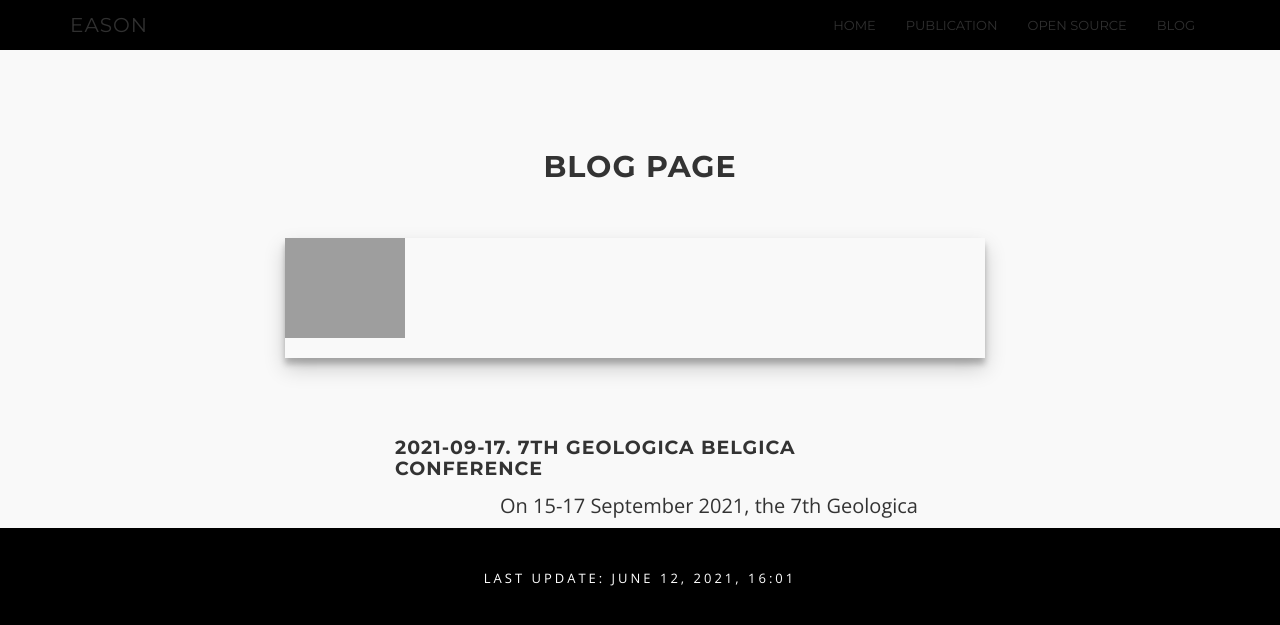
Repository: eazzzon/eazzzon.github.io
Page: blog.html
These files come from the project's save history. The page is drawn as it stood at one moment and after a run of saves; the edit follows.
The browser window is 1280 px wide. The pictures show the whole page.
Pictures or frames that could not be fetched are drawn as grey boxes.

Above is the page before, as saved 2021-09-18 13:17:17.

### blog.html
<!DOCTYPE html>
<html lang="en">
<head>
<meta charset="utf-8">
<meta http-equiv="X-UA-Compatible" content="IE=edge">
<meta name="viewport" content="width=device-width, initial-scale=1">
<meta name="description" content="">
<meta name="author" content="">
<title>yishen.zhang</title>
<!-- Bootstrap Core CSS -->
<link href="css/bootstrap.min.css" rel="stylesheet">
<!-- Custom CSS -->
<link href="css/theme.css" rel="stylesheet">
<!-- Custom Fonts -->
<link href="font-awesome/css/font-awesome.min.css" rel="stylesheet" type="text/css">
<link href="http://fonts.googleapis.com/css?family=Open+Sans:300,400,700,400italic,700italic" rel="stylesheet" type="text/css">
<link href="http://fonts.googleapis.com/css?family=Montserrat:400,700" rel="stylesheet" type="text/css">
<!-- HTML5 Shim and Respond.js IE8 support of HTML5 elements and media queries -->
<!-- WARNING: Respond.js doesn't work if you view the page via file:// -->
<!--[if lt IE 9]>
        <script src="https://oss.maxcdn.com/libs/html5shiv/3.7.0/html5shiv.js"></script>
        <script src="https://oss.maxcdn.com/libs/respond.js/1.4.2/respond.min.js"></script>
    <![endif]-->
</head>
<body id="page-top" data-spy="scroll" data-target=".navbar-fixed-top">
<!-- Navigation -->
<nav class="navbar navbar-custom navbar-fixed-top" role="navigation">
<div class="container">
	<div class="navbar-header">
		<button type="button" class="navbar-toggle" data-toggle="collapse" data-target=".navbar-main-collapse">
		<i class="fa fa-bars"></i>
		</button>
		<a class="navbar-brand page-scroll" href="index.html" style="color: #303030;">
		EASON </a>
	</div>
	<!-- Collect the nav links, forms, and other content for toggling -->
	<div class="collapse navbar-collapse navbar-right navbar-main-collapse">
		<ul class="nav navbar-nav" style="color: #303030;">
			<li>
			<a href="index.html">Home</a>
			</li>
			<li>
			<a href="publication.html">publication</a>
			</li>
			<li>
			<a href="opensource.html">open source</a>
			</li>
			<li>
			<a href="blog.html">blog</a>
			</li>
		</ul>
	</div>
	<!-- /.navbar-collapse -->
</div>
<!-- /.container -->
</nav>

<!-- Page Sample Section -->
<section id="page-sample">


<div class="container content-section text-left">
	<div class='container'>
		<div class="row">
			<h2 class="text-center">BLOG PAGE</h2>
			<div class="col-lg-8 col-lg-offset-2">
				<div class="post-box">
					<img class="box-img" src="https://geologicabelgica2021.africamuseum.be/sites/default/files/media/images/Logo%20Geologica%20Belgica.png" alt="lower crust foundering" />
					<div class="box-text">
						<a  href="post20210917.html">
							<h4 class="box-text">2021-09-17. 7th Geologica Belgica Conference </h4>
						</a>
						<p class="p">On 15-17 September 2021, the 7th Geologica Belgica Conference was held in the AfricaMuseum in Tervuren, Belgium... <a href="post20210917.html" style="color:rgb(141, 53, 53);">Read More</a></p>
					</div>
				</div>
				</div>

			</div>
		</div>
	</div>
</div>
</section>




<!-- Footer -->
<footer>
<div class="container text-center">
	<p class="credits">
		last update: June 12, 2021, 16:01
	</p>
</div>
</footer>
<!-- jQuery -->
<script src="js/jquery.js"></script>
<!-- Bootstrap Core JavaScript -->
<script src="js/bootstrap.min.js"></script>
<!-- Plugin JavaScript -->
<script src="js/jquery.easing.min.js"></script>
<!-- Custom Theme JavaScript -->
<script src="js/theme.js"></script>
</body>
</html>

### css/theme.css
/* Aries v1.0 - by WowThemes.net */
body {
	width:100%;
	height:100%;
	font-family:Open Sans,"Helvetica Neue",Helvetica,Arial,sans-serif;
	color:#fff;
	background-color:#000;
	 font-weight:300;
}
html {
	width:100%;
	height:100%;
}
h1,h2,h3,h4,h5,h6 {
	margin:0 0 35px;
	text-transform:uppercase;
	font-family:Montserrat,"Helvetica Neue",Helvetica,Arial,sans-serif;
	font-weight:700;
	letter-spacing:1px;
}
p {
	margin:0 0 25px;
	font-size:18px;
	line-height:1.5;
}
@media(min-width:768px) {
	p {
		margin:0 0 35px;
		font-size:20px;
		line-height:1.6;
	}
}
a {
	color:inherit;
	-webkit-transition:all .2s ease-in-out;
	-moz-transition:all .2s ease-in-out;
	transition:all .2s ease-in-out;
}
a:hover,a:focus {
	text-decoration:none;
	color:inherit;
}
.light {
	font-weight:400;
}
.navbar-custom {
	margin-bottom:0;
	border-bottom:1px solid rgba(255,255,255,.3);
	text-transform:uppercase;
	font-family:Montserrat,"Helvetica Neue",Helvetica,Arial,sans-serif;
	background-color:#000;
}
.navbar-custom .navbar-brand {
	font-size:20px;
	text-transform:none;
	letter-spacing:1px;
}
.navbar-custom .navbar-brand:focus {
	outline:0;
}
.navbar-custom .navbar-brand .navbar-toggle {
	padding:4px 6px;
	font-size:16px;
	color:#fff;
}
.navbar-custom .navbar-brand .navbar-toggle:focus,.navbar-custom .navbar-brand .navbar-toggle:active {
	outline:0;
}
.navbar-custom a {
}
.navbar-custom .nav li a {
	-webkit-transition:background .3s ease-in-out;
	-moz-transition:background .3s ease-in-out;
	transition:background .3s ease-in-out;
}
.navbar-custom .nav li a:hover {
	outline:0;
	color:#1ba39c;
	background-color:transparent;
}
.navbar-custom .nav li a:focus,.navbar-custom .nav li a:active {
	outline:0;
	background-color:transparent;
}
.navbar-custom .nav li.active {
	outline:0;
}
.navbar-custom .nav li.active a {
	color:#1ba39c;
}
.navbar-custom .nav li.active a:hover {
	color:#1ba39c;
}
@media(min-width:768px) {
	.navbar-custom {
		padding:20px 0;
		border-bottom:0;
		font-size:13px;
		background:0 0;
		-webkit-transition:background .5s ease-in-out,padding .5s ease-in-out;
		-moz-transition:background .5s ease-in-out,padding .5s ease-in-out;
		transition:background .5s ease-in-out,padding .5s ease-in-out;
	}
		 .navbar-custom.top-nav-collapse {
		 padding:0;
		border-bottom:1px solid rgba(255,255,255,.3);
		color:#333;
			background:#fff;
	}
	.navbar-custom.top-nav-collapse a {
		color:#333;
		display:inline-block;
	}
}
.intro {
	display:table;
	width:100%;
	height:auto;
	padding:100px 0 100px 0;
	text-align:center;
	color:#fff;
	background-image:radial-gradient(circle at 50% 50%,rgba(95, 94, 94, 0.46),rgba(56, 56, 56, 0.88)), url('labelled.png');
	-webkit-background-size:cover;
	-moz-background-size:cover;
	background-size:cover;
	-o-background-size:cover;
}
.intro .intro-body {
	display:table-cell;
	vertical-align:middle;
}
.intro .intro-body .brand-heading {
	font-size:40px;
}
.intro .intro-body .intro-text {
	font-size:18px;
}
@media(min-width:768px) {
	.intro {
		height:100%;
		padding:0;
	}
	.intro .intro-body .brand-heading {
		font-size:60px;
		margin-top:90px;
		margin-bottom:20px;
		border-top:2px solid #fff;
		border-bottom:2px solid #fff;
		display:inline-block;
		padding:10px 0;
	}
	.intro .intro-body .intro-text {
		font-size:20px;
			font-weight:300;
			letter-spacing:3px;
	}
}
.btn-circle {
	width:50px;
	height:50px;
	margin-top:15px;
	line-height:40px;
	text-align:center;
	border:2px solid #fff;
	border-radius:100%!important;
	font-size:20px;
	color:#fff;
	background:0 0;
	-webkit-transition:background .3s ease-in-out;
	-moz-transition:background .3s ease-in-out;
	transition:background .3s ease-in-out;
}
.btn-circle:hover,.btn-circle:focus {
	outline:0;
	color:#fff;
	background:rgba(255,255,255,.1);
}
.btn-circle i.animated {
	-webkit-transition-property:-webkit-transform;
	-webkit-transition-duration:1s;
	-moz-transition-property:-moz-transform;
	-moz-transition-duration:1s;
}
.btn-circle:hover i.animated {
	-webkit-animation-name:pulse;
	-moz-animation-name:pulse;
	-webkit-animation-duration:1.5s;
	-moz-animation-duration:1.5s;
	-webkit-animation-iteration-count:infinite;
	-moz-animation-iteration-count:infinite;
	-webkit-animation-timing-function:linear;
	-moz-animation-timing-function:linear;
}
@-webkit-keyframes pulse {
	0% {
		-webkit-transform:scale(1);
		transform:scale(1);
	}
	50% {
		-webkit-transform:scale(1.2);
		transform:scale(1.2);
	}
	100% {
		-webkit-transform:scale(1);
		transform:scale(1);
	}
}
@-moz-keyframes pulse {
	0% {
		-moz-transform:scale(1);
		transform:scale(1);
	}
	50% {
		-moz-transform:scale(1.2);
		transform:scale(1.2);
	}
	100% {
		-moz-transform:scale(1);
		transform:scale(1);
	}
}
.content-section {
	padding:40px 0;
	clear:both;
}
@media(min-width:767px) {
	.content-section {
		padding:150px 0;
			 clear:both;
	}
}
.btn {
	border-radius:0;
	text-transform:uppercase;
	font-family:Montserrat,"Helvetica Neue",Helvetica,Arial,sans-serif;
	font-weight:400;
	-webkit-transition:all .3s ease-in-out;
	-moz-transition:all .3s ease-in-out;
	transition:all .3s ease-in-out;
}
.btn-default {
	border:1px solid #42dca3;
	color:#42dca3;
	background-color:transparent;
}
.btn-default:hover,.btn-default:focus {
	border:1px solid #42dca3;
	outline:0;
	color:#000;
	background-color:#42dca3;
}
ul.banner-social-buttons {
	margin-top:0;
}
@media(max-width:1199px) {
	ul.banner-social-buttons {
		margin-top:15px;
	}
}
@media(max-width:767px) {
	ul.banner-social-buttons li {
		display:block;
		margin-bottom:20px;
		padding:0;
	}
	ul.banner-social-buttons li:last-child {
		margin-bottom:0;
	}
}
footer {
	padding:40px 0;
	z-index:1;
	position:relative;
	clear:both;
}
footer p {
	margin:0;
	font-size:15px;
}
footer p.credits {
	text-transform:uppercase;
	font-size:13px;
	letter-spacing:3px;
}
::-moz-selection {
	text-shadow:none;
	background:#fcfcfc;
	background:rgba(255,255,255,.2);
}
::selection {
	text-shadow:none;
	background:#fcfcfc;
	background:rgba(255,255,255,.2);
}
img::selection {
	background:0 0;
}
img::-moz-selection {
	background:0 0;
}
body {
	webkit-tap-highlight-color:rgba(255,255,255,.2);
}
.bgblue {
	background:#22292c;
}
.inlineblock {
	display:inline-block;
}
p:last-child {
	margin-bottom:0;
}
p.lead {
	line-height:1.9;
}
.btnghost {
	border:2px solid #333;
	background-color:transparent;
	padding:15px 20px;
	letter-spacing:3px;
	font-size:12px;
	text-transform:uppercase;
	font-weight:400;
	color:#333;
	margin-top:20px;
	display:inline-block;
}
.btnghost:hover {
	background-color:#333;
	color:#fff;
	border:2px solid #333;
}
.bgcover {
	background-size:cover;
	background-repeat:no-repeat;
	position:relative;
}
img {
	max-width:100%;
}
.gallery ul {
	padding:0;
	margin:0;
}
.gallery img {
	max-width:100%;
	height:auto;
	padding:0;
	margin:0;
}
.gallery ul li {
	margin:0;
	position:relative;
	list-style:none;
	float:left;
	padding:0;
}
.gallery ul li a {
	display:block;
	position:relative;
	width:100%;
	height:100%;
	margin:0;
	padding:0;
	line-height:0;
}
.gallery ul li a:before {
	position:absolute;
	width:32px;
	height:32px;
	top:40%;
	left:50%;
	margin:-14px 0 0 -16px;
	/* background: url(data:[embedded picture, 2228 characters]) no-repeat; */
	content:"";
	opacity:0;
	z-index:1;
	-webkit-transition:all 0.3s linear;
	-moz-transition:all 0.3s linear;
	transition:all 0.3s linear;
}
.gallery ul li a:hover:before {
	top:50%;
	opacity:1;
}
.gallery ul li a:after {
	position:absolute;
	width:100%;
	top:0;
	bottom:0;
	background:rgba(0,0,0,0.3);
	content:"";
	opacity:0;
	-webkit-transition:all 0.3s linear;
	-moz-transition:all 0.3s linear;
	transition:all 0.3s linear;
}
.gallery ul li a:hover:after {
	opacity:1;
}
section:after {
	float:none;
	clear:both;
}
section {
	background-color:#f9f9f9;
	color:#333;
	overflow:hidden;
}
.done {
	display:none;
}
.error input,input.error,.error textarea,textarea.error {
	background-color:#ffffff;
	border-bottom:2px solid orangered !Important;
	-webkit-transition:border linear 0.2s,box-shadow linear 0.2s;
	-moz-transition:border linear 0.2s,box-shadow linear 0.2s;
	-o-transition:border linear 0.2s,box-shadow linear 0.2s;
	transition:border linear 0.2s,box-shadow linear 0.2s;
}

/* post-box style */
.post-box {
	width: 700px;
	height: 120px;
	margin: 20px;
	box-shadow: 0 10px 20px rgba(0, 0, 0, 0.19), 0 6px 6px rgba(0, 0, 0, 0.23);
  }

  .box-img {
	width: 120px;
	height: 100px;
	padding: 0px;
	margin: 0px;
  }

  .box-text {
	margin: 0px;
	position: relative;
	font-size: 19px;
	padding: 50px;
	left: 5px;
  }

  .p {
	padding: 50px;
	margin: 10px;
	position: relative;
	bottom: 100px;
	left: 100px;
  }

  .p2 {
	padding: 0px;
	margin: 0px;
	font-size: 15px;
	position: relative;
	left: 25px;
  }

### js/theme.js
// jQuery to collapse the navbar on scroll
$(window).scroll(function() {
    if ($(".navbar").offset().top > 50) {
        $(".navbar-fixed-top").addClass("top-nav-collapse");
    } else {
        $(".navbar-fixed-top").removeClass("top-nav-collapse");
    }
});

// jQuery for page scrolling feature - requires jQuery Easing plugin
$(function() {
    $('a.page-scroll').bind('click', function(event) {
        var $anchor = $(this);
        $('html, body').stop().animate({
            scrollTop: $($anchor.attr('href')).offset().top
        }, 1500, 'easeInOutExpo');
        event.preventDefault();
    });
});

// Closes the Responsive Menu on Menu Item Click
$('.navbar-collapse ul li a').click(function() {
    $('.navbar-toggle:visible').click();
});

Loaded but not shown: css/bootstrap.min.css (library); font-awesome/css/font-awesome.min.css (library); js/jquery.js (library); js/bootstrap.min.js (library); js/jquery.easing.min.js (library)

After the next 2 saves:
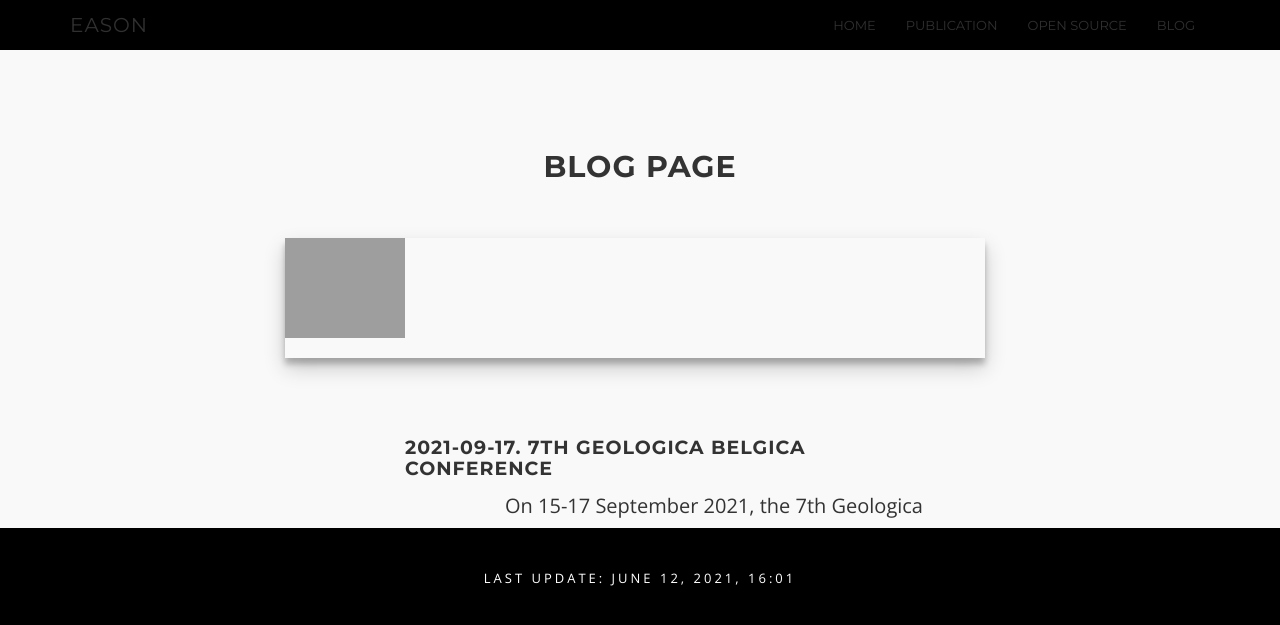
The 2 saves are shown as one change because they came seconds apart.
The last was saved 9 s later.
--- a/css/theme.css
+++ b/css/theme.css
@@ -439,7 +439,7 @@ section {
 	position: relative;
 	font-size: 19px;
 	padding: 50px;
-	left: 5px;
+	left: 10px;
   }
 
   .p {
